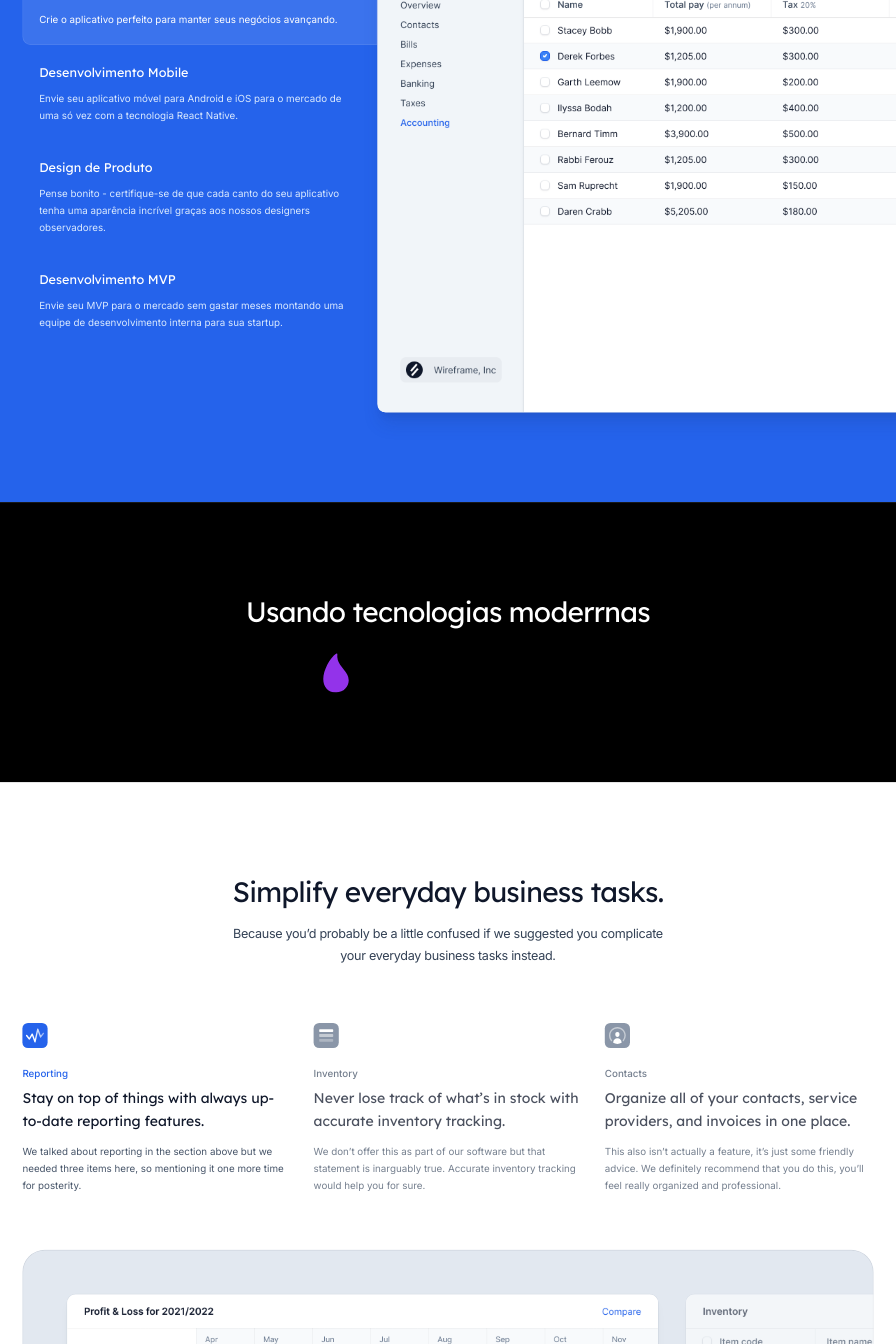
Repository: LuisSempre/imaginative
Page: /
The author's editor kept a copy of each file at every save. The page is drawn from the files as they stood at one save, then again after the next save.
The browser window is 1280 px wide. The pictures show the part of the page from y = 2346 to 4266 px (the page is 10318 px tall), at 70% of full size.
The project was rebuilt for these pictures with package versions that can differ from the ones it lists, and the page was loaded fresh each time. The framework's server and built-in components were replaced by stand-ins that run in the browser. Also part of the build but not shown: next.config.js.

Above is the page before, as saved 2022-07-15 11:57:48.

### src/pages/index.jsx
import Head from 'next/head'

import { CallToAction } from '@/components/CallToAction'
import { Faqs } from '@/components/Faqs'
import { Footer } from '@/components/Footer'
import { Header } from '@/components/Header'
import { Hero } from '@/components/Hero'
import { Contact } from '@/components/Contact'
import { PrimaryFeatures } from '@/components/PrimaryFeatures'
import { SecondaryFeatures } from '@/components/SecondaryFeatures'
import { Testimonials } from '@/components/Testimonials'
import { Tecnology } from '@/components/Tecnology'

export default function Home() {
  return (
    <>
      <Head>
        <title>TaxPal - Accounting made simple for small businesses</title>
        <meta
          name="description"
          content="Most bookkeeping software is accurate, but hard to use. We make the opposite trade-off, and hope you don’t get audited."
        />
      </Head>
      <Header />
      <main>
        <Hero />
        <PrimaryFeatures />
        <Tecnology />
        <SecondaryFeatures />
        <CallToAction />
        <Testimonials />
        <Contact />
        <Faqs />
      </main>
      <Footer />
    </>
  )
}

### src/components/CallToAction.jsx
import Image from 'next/future/image'

import { Button } from '@/components/Button'
import { Container } from '@/components/Container'
import backgroundImage from '@/images/background-call-to-action.jpg'

export function CallToAction() {
  return (
    <section
      id="get-started-today"
      className="relative overflow-hidden bg-blue-600 py-32"
    >
      <Image
        className="absolute top-1/2 left-1/2 max-w-none -translate-x-1/2 -translate-y-1/2"
        src={backgroundImage}
        alt=""
        width={2347}
        height={1244}
        unoptimized
      />
      <Container className="relative">
        <div className="mx-auto max-w-lg text-center">
          <h2 className="font-display text-3xl tracking-tight text-white sm:text-4xl">
            Get started today
          </h2>
          <p className="mt-4 text-lg tracking-tight text-white">
            It’s time to take control of your books. Buy our software so you can
            feel like you’re doing something productive.
          </p>
          <Button href="/register" color="white" className="mt-10">
            Get 6 months free
          </Button>
        </div>
      </Container>
    </section>
  )
}

### src/components/Faqs.jsx
import Image from 'next/future/image'

import { Container } from '@/components/Container'
import backgroundImage from '@/images/background-faqs.jpg'

const faqs = [
  [
    {
      question: 'Does TaxPal handle VAT?',
      answer:
        'Well no, but if you move your company offshore you can probably ignore it.',
    },
    {
      question: 'Can I pay for my subscription via purchase order?',
      answer: 'Absolutely, we are happy to take your money in all forms.',
    },
    {
      question: 'How do I apply for a job at TaxPal?',
      answer:
        'We only hire our customers, so subscribe for a minimum of 6 months and then let’s talk.',
    },
  ],
  [
    {
      question: 'What was that testimonial about tax fraud all about?',
      answer:
        'TaxPal is just a software application, ultimately your books are your responsibility.',
    },
    {
      question:
        'TaxPal sounds horrible but why do I still feel compelled to purchase?',
      answer:
        'This is the power of excellent visual design. You just can’t resist it, no matter how poorly it actually functions.',
    },
    {
      question:
        'I found other companies called TaxPal, are you sure you can use this name?',
      answer:
        'Honestly not sure at all. We haven’t actually incorporated or anything, we just thought it sounded cool and made this website.',
    },
  ],
  [
    {
      question: 'How do you generate reports?',
      answer:
        'You just tell us what data you need a report for, and we get our kids to create beautiful charts for you using only the finest crayons.',
    },
    {
      question: 'Can we expect more inventory features?',
      answer: 'In life it’s really better to never expect anything at all.',
    },
    {
      question: 'I lost my password, how do I get into my account?',
      answer:
        'Send us an email and we will send you a copy of our latest password spreadsheet so you can find your information.',
    },
  ],
]

export function Faqs() {
  return (
    <section
      id="faq"
      aria-labelledby="faq-title"
      className="relative overflow-hidden bg-slate-50 py-20 sm:py-32"
    >
      <Image
        className="absolute top-0 left-1/2 max-w-none translate-x-[-30%] -translate-y-1/4"
        src={backgroundImage}
        alt=""
        width={1558}
        height={946}
        unoptimized
      />
      <Container className="relative">
        <div className="mx-auto max-w-2xl lg:mx-0">
          <h2
            id="faq-title"
            className="font-display text-3xl tracking-tight text-slate-900 sm:text-4xl"
          >
            Frequently asked questions
          </h2>
          <p className="mt-4 text-lg tracking-tight text-slate-700">
            If you can’t find what you’re looking for, email our support team
            and if you’re lucky someone will get back to you.
          </p>
        </div>
        <ul
          role="list"
          className="mx-auto mt-16 grid max-w-2xl grid-cols-1 gap-8 lg:max-w-none lg:grid-cols-3"
        >
          {faqs.map((column, columnIndex) => (
            <li key={columnIndex}>
              <ul role="list" className="flex flex-col gap-y-8">
                {column.map((faq, faqIndex) => (
                  <li key={faqIndex}>
                    <h3 className="font-display text-lg leading-7 text-slate-900">
                      {faq.question}
                    </h3>
                    <p className="mt-4 text-sm text-slate-700">{faq.answer}</p>
                  </li>
                ))}
              </ul>
            </li>
          ))}
        </ul>
      </Container>
    </section>
  )
}

### src/components/Footer.jsx
import Link from 'next/link'

import { Container } from '@/components/Container'
import { Logo } from '@/components/Logo'
import { NavLink } from '@/components/NavLink'

export function Footer() {
  return (
    <footer className="bg-slate-50">
      <Container>
        <div className="py-16">
          <Logo className="mx-auto h-10 w-auto" />
          <nav className="mt-10 text-sm" aria-label="quick links">
            <div className="-my-1 flex justify-center gap-x-6">
              <NavLink href="#features">Features</NavLink>
              <NavLink href="#testimonials">Testimonials</NavLink>
              <NavLink href="#pricing">Pricing</NavLink>
            </div>
          </nav>
        </div>
        <div className="flex flex-col items-center border-t border-slate-400/10 py-10 sm:flex-row-reverse sm:justify-between">
          <div className="flex gap-x-6">
            <Link
              href="https://twitter.com"
              className="group"
              aria-label="TaxPal on Twitter"
            >
              <svg
                aria-hidden="true"
                className="h-6 w-6 fill-slate-500 group-hover:fill-slate-700"
              >
                <path d="M8.29 20.251c7.547 0 11.675-6.253 11.675-11.675 0-.178 0-.355-.012-.53A8.348 8.348 0 0 0 22 5.92a8.19 8.19 0 0 1-2.357.646 4.118 4.118 0 0 0 1.804-2.27 8.224 8.224 0 0 1-2.605.996 4.107 4.107 0 0 0-6.993 3.743 11.65 11.65 0 0 1-8.457-4.287 4.106 4.106 0 0 0 1.27 5.477A4.073 4.073 0 0 1 2.8 9.713v.052a4.105 4.105 0 0 0 3.292 4.022 4.093 4.093 0 0 1-1.853.07 4.108 4.108 0 0 0 3.834 2.85A8.233 8.233 0 0 1 2 18.407a11.615 11.615 0 0 0 6.29 1.84" />
              </svg>
            </Link>
            <Link
              href="https://github.com"
              className="group"
              aria-label="TaxPal on GitHub"
            >
              <svg
                aria-hidden="true"
                className="h-6 w-6 fill-slate-500 group-hover:fill-slate-700"
              >
                <path d="M12 2C6.477 2 2 6.484 2 12.017c0 4.425 2.865 8.18 6.839 9.504.5.092.682-.217.682-.483 0-.237-.008-.868-.013-1.703-2.782.605-3.369-1.343-3.369-1.343-.454-1.158-1.11-1.466-1.11-1.466-.908-.62.069-.608.069-.608 1.003.07 1.531 1.032 1.531 1.032.892 1.53 2.341 1.088 2.91.832.092-.647.35-1.088.636-1.338-2.22-.253-4.555-1.113-4.555-4.951 0-1.093.39-1.988 1.029-2.688-.103-.253-.446-1.272.098-2.65 0 0 .84-.27 2.75 1.026A9.564 9.564 0 0 1 12 6.844a9.59 9.59 0 0 1 2.504.337c1.909-1.296 2.747-1.027 2.747-1.027.546 1.379.202 2.398.1 2.651.64.7 1.028 1.595 1.028 2.688 0 3.848-2.339 4.695-4.566 4.943.359.309.678.92.678 1.855 0 1.338-.012 2.419-.012 2.747 0 .268.18.58.688.482A10.02 10.02 0 0 0 22 12.017C22 6.484 17.522 2 12 2Z" />
              </svg>
            </Link>
          </div>
          <p className="mt-6 text-sm text-slate-500 sm:mt-0">
            Copyright &copy; {new Date().getFullYear()} TaxPal. All rights
            reserved.
          </p>
        </div>
      </Container>
    </footer>
  )
}

### src/components/Header.jsx
import { Fragment } from 'react'
import Link from 'next/link'
import { Popover, Transition } from '@headlessui/react'
import clsx from 'clsx'
import { Container } from '@/components/Container'
import { Logo } from '@/components/Logo'
import { NavLink } from '@/components/NavLink'

function MobileNavLink({ href, children }) {
  return (
    <Popover.Button as={Link} href={href} className="block w-full p-2">
      {children}
    </Popover.Button>
  )
}

function MobileNavIcon({ open }) {
  return (
    <svg
      aria-hidden="true"
      className="h-3.5 w-3.5 overflow-visible stroke-slate-700"
      fill="none"
      strokeWidth={2}
      strokeLinecap="round"
    >
      <path
        d="M0 1H14M0 7H14M0 13H14"
        className={clsx(
          'origin-center transition',
          open && 'scale-90 opacity-0'
        )}
      />
      <path
        d="M2 2L12 12M12 2L2 12"
        className={clsx(
          'origin-center transition',
          !open && 'scale-90 opacity-0'
        )}
      />
    </svg>
  )
}

function MobileNavigation() {
  return (
    <Popover>
      <Popover.Button
        className="relative z-10 flex h-8 w-8 items-center justify-center [&:not(:focus-visible)]:focus:outline-none"
        aria-label="Toggle Navigation"
      >
        {({ open }) => <MobileNavIcon open={open} />}
      </Popover.Button>
      <Transition.Root>
        <Transition.Child
          as={Fragment}
          enter="duration-150 ease-out"
          enterFrom="opacity-0"
          enterTo="opacity-100"
          leave="duration-150 ease-in"
          leaveFrom="opacity-100"
          leaveTo="opacity-0"
        >
          <Popover.Overlay className="fixed inset-0 bg-slate-300/50" />
        </Transition.Child>
        <Transition.Child
          as={Fragment}
          enter="duration-150 ease-out"
          enterFrom="opacity-0 scale-95"
          enterTo="opacity-100 scale-100"
          leave="duration-100 ease-in"
          leaveFrom="opacity-100 scale-100"
          leaveTo="opacity-0 scale-95"
        >
          <Popover.Panel
            as="div"
            className="absolute inset-x-0 flex flex-col p-4 mt-4 text-lg tracking-tight origin-top bg-white shadow-xl top-full rounded-2xl text-slate-900 ring-1 ring-slate-900/5"
          >
            <MobileNavLink href="#services">Serviços</MobileNavLink>
            <MobileNavLink href="#portifolio">Portfólio</MobileNavLink>
            <MobileNavLink href="#sobre">Sobre</MobileNavLink>
          </Popover.Panel>
        </Transition.Child>
      </Transition.Root>
    </Popover>
  )
}

export function Header() {
  return (
    <header className="py-10">
      <Container>
        <nav className="relative z-50 flex justify-between">
          <div className="flex items-center md:gap-x-12">
            <Link href="#" aria-label="Home">
              <Logo className="w-auto h-10" />
            </Link>
          </div>
          <div className="flex items-center gap-x-5 md:gap-x-8">
            <div className="hidden md:flex">
              <NavLink href="#services">Serviços</NavLink>
              <NavLink href="#portifolio">Portfólio</NavLink>
              <NavLink href="#sobre">Sobre</NavLink>
            </div>
            <div className="-mr-1 md:hidden">
              <MobileNavigation />
            </div>
          </div>
        </nav>
      </Container>
    </header>
  )
}

### src/components/Hero.jsx
import Image from 'next/future/image'

import { Button } from '@/components/Button'
import { Container } from '@/components/Container'
import logoLaravel from '@/images/logos/laravel.svg'
import logoMirage from '@/images/logos/mirage.svg'
import logoStatamic from '@/images/logos/statamic.svg'
import logoStaticKit from '@/images/logos/statickit.svg'
import logoTransistor from '@/images/logos/transistor.svg'
import logoTuple from '@/images/logos/tuple.svg'

export function Hero() {
  return (
    <Container className="pt-20 pb-16 text-center lg:pt-32">
      <h1 className="max-w-4xl mx-auto text-5xl font-medium tracking-tight font-display text-slate-900 sm:text-7xl">
        Construindo{' '}
        <span className="relative text-blue-500 whitespace-nowrap">
          <svg
            aria-hidden="true"
            viewBox="0 0 418 42"
            className="absolute top-2/3 left-0 h-[0.58em] w-full fill-blue-300/70"
            preserveAspectRatio="none"
          >
            <path d="M203.371.916c-26.013-2.078-76.686 1.963-124.73 9.946L67.3 12.749C35.421 18.062 18.2 21.766 6.004 25.934 1.244 27.561.828 27.778.874 28.61c.07 1.214.828 1.121 9.595-1.176 9.072-2.377 17.15-3.92 39.246-7.496C123.565 7.986 157.869 4.492 195.942 5.046c7.461.108 19.25 1.696 19.17 2.582-.107 1.183-7.874 4.31-25.75 10.366-21.992 7.45-35.43 12.534-36.701 13.884-2.173 2.308-.202 4.407 4.442 4.734 2.654.187 3.263.157 15.593-.78 35.401-2.686 57.944-3.488 88.365-3.143 46.327.526 75.721 2.23 130.788 7.584 19.787 1.924 20.814 1.98 24.557 1.332l.066-.011c1.201-.203 1.53-1.825.399-2.335-2.911-1.31-4.893-1.604-22.048-3.261-57.509-5.556-87.871-7.36-132.059-7.842-23.239-.254-33.617-.116-50.627.674-11.629.54-42.371 2.494-46.696 2.967-2.359.259 8.133-3.625 26.504-9.81 23.239-7.825 27.934-10.149 28.304-14.005.417-4.348-3.529-6-16.878-7.066Z" />
          </svg>
          <span className="relative">software inovador</span>
        </span>{' '}
        para você crescer.
      </h1>
      <p className="max-w-2xl mx-auto mt-6 text-xl tracking-tight text-slate-700">
        Desenvolvimento de aplicativos web e mobile
      </p>
      <div className="flex justify-center mt-10 gap-x-6">
        <Button className="px-12 py-4 text-xl" href="#contato">
          Entre em contato
        </Button>
      </div>
      <div className="mt-36 lg:mt-44">
        <p className="text-base font-display text-slate-900">
         Confiado por empresas inovadoras
        </p>
        <ul
          role="list"
          className="flex items-center justify-center mt-8 gap-x-8 sm:flex-col sm:gap-x-0 sm:gap-y-10 xl:flex-row xl:gap-x-12 xl:gap-y-0"
        >
          {[
            [
              { name: 'Transistor', logo: logoTransistor },
              { name: 'Tuple', logo: logoTuple },
              { name: 'StaticKit', logo: logoStaticKit },
            ],
            [
              { name: 'Mirage', logo: logoMirage },
              { name: 'Laravel', logo: logoLaravel },
              { name: 'Statamic', logo: logoStatamic },
            ],
          ].map((group, groupIndex) => (
            <li key={groupIndex}>
              <ul
                role="list"
                className="flex flex-col items-center gap-y-8 sm:flex-row sm:gap-x-12 sm:gap-y-0"
              >
                {group.map((company) => (
                  <li key={company.name} className="flex">
                    <Image src={company.logo} alt={company.name} unoptimized />
                  </li>
                ))}
              </ul>
            </li>
          ))}
        </ul>
      </div>
    </Container>
  )
}

### src/components/Tecnology.jsx
import { Container } from '@/components/Container'
import { FaReact, FaVuejs, FaNodeJs } from 'react-icons/fa'
import { SiElixir, SiTypescript } from 'react-icons/si'

export function Tecnology() {
  return (
    <section
      id="get-started-today"
      className="relative py-32 overflow-hidden bg-black"
    >
      <Container className="relative">
        <div className="w-full mx-auto text-center">
          <h2 className="text-3xl tracking-tight text-white font-display sm:text-4xl">
            Usando tecnologias moderrnas
          </h2>
          <div className="flex justify-center mt-8 space-x-6">
            <SiElixir className="fill-purple-600 h-14 w-14" />
            <FaNodeJs className="h-14 w-14" />
            <FaReact className="h-14 w-14" />
            <FaVuejs className="h-14 w-14" />
            <SiTypescript className="h-14 w-14" />
          </div>
        </div>
      </Container>
    </section>
  )
}

### src/components/Button.jsx
import Link from 'next/link'
import clsx from 'clsx'

const baseStyles = {
  solid:
    'group inline-flex items-center justify-center rounded-full py-2 px-4 text-sm font-semibold focus:outline-none focus-visible:outline-2 focus-visible:outline-offset-2',
  outline:
    'group inline-flex ring-1 items-center justify-center rounded-full py-2 px-4 text-sm focus:outline-none',
}

const variantStyles = {
  solid: {
    slate:
      'bg-slate-900 text-white hover:bg-slate-700 hover:text-slate-100 active:bg-slate-800 active:text-slate-300 focus-visible:outline-slate-900',
    blue: 'bg-blue-600 text-white hover:text-slate-100 hover:bg-blue-500 active:bg-blue-800 active:text-blue-100 focus-visible:outline-blue-600',
    white:
      'bg-white text-slate-900 hover:bg-blue-50 active:bg-blue-200 active:text-slate-600 focus-visible:outline-white',
  },
  outline: {
    slate:
      'ring-slate-200 text-slate-700 hover:text-slate-900 hover:ring-slate-300 active:bg-slate-100 active:text-slate-600 focus-visible:outline-blue-600 focus-visible:ring-slate-300',
    white:
      'ring-slate-700 text-white hover:ring-slate-500 active:ring-slate-700 active:text-slate-400 focus-visible:outline-white',
  },
}

export function Button({
  variant = 'solid',
  color = 'slate',
  className,
  href,
  ...props
}) {
  className = clsx(
    baseStyles[variant],
    variantStyles[variant][color],
    className
  )

  return href ? (
    <Link href={href} className={className} {...props} />
  ) : (
    <button className={className} {...props} />
  )
}

### src/components/Logo.jsx
import Image from 'next/image'
import logo from '../images/logos/logo.png'
export function Logo(props) {
  return <Image src={logo}  width={200}  height={32} alt="Picture of the author" />
}

Loaded but not shown: src/pages/_app.jsx (common file); src/pages/_document.jsx (common file); src/styles/tailwind.css (common file); src/components/Container.jsx (common file); src/components/NavLink.jsx (common file); tailwind.config.js (common file); src/components/Contact.jsx (187 lines, source omitted); src/components/SecondaryFeatures.jsx (231 lines, source omitted); src/components/Testimonials.jsx (144 lines, source omitted); src/components/PrimaryFeatures.jsx (157 lines, source omitted)

After the next save:
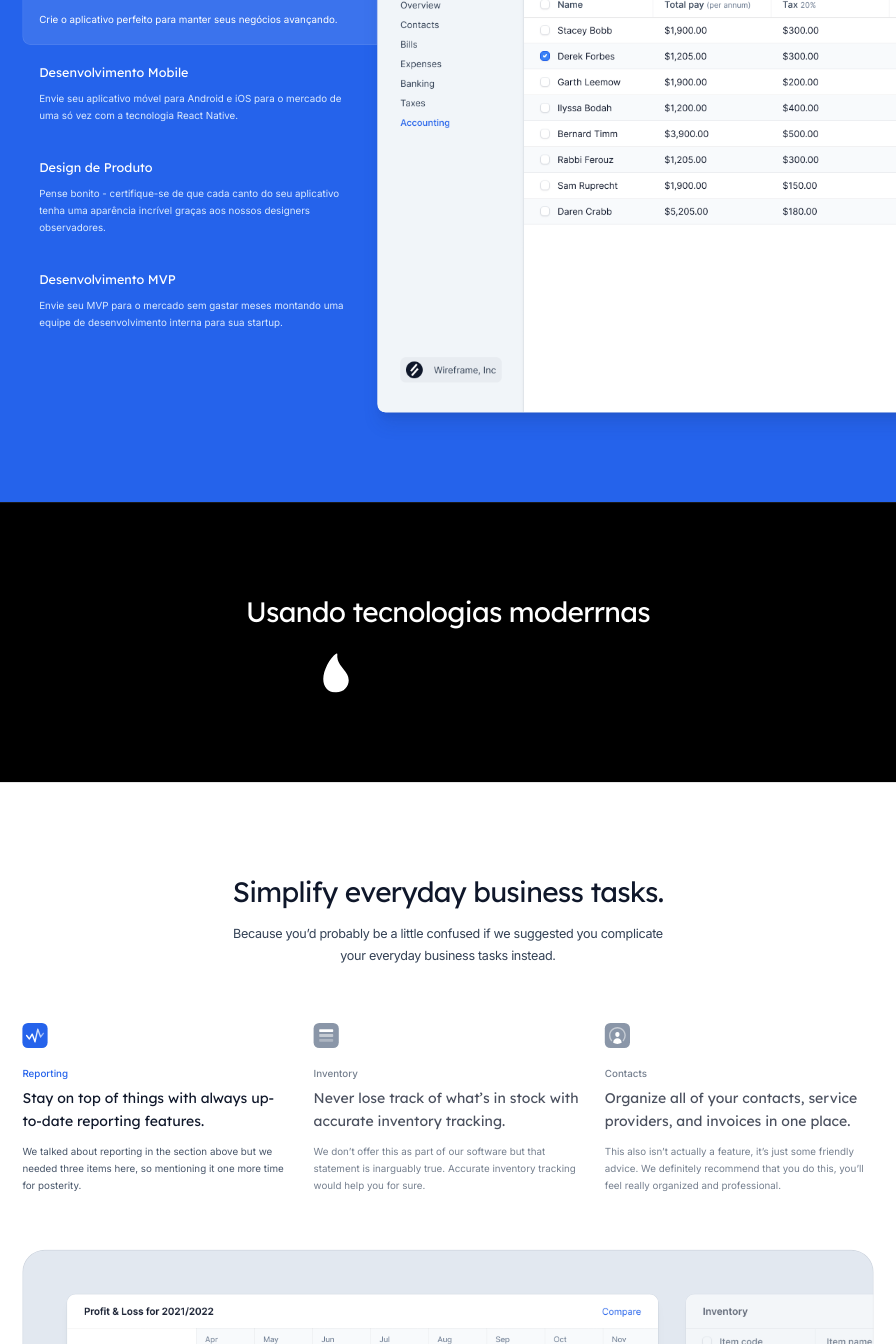
Saved 16 s later.
--- a/src/components/Tecnology.jsx
+++ b/src/components/Tecnology.jsx
@@ -14,7 +14,7 @@
             Usando tecnologias moderrnas
           </h2>
           <div className="flex justify-center mt-8 space-x-6">
-            <SiElixir className="fill-purple-600 h-14 w-14" />
+            <SiElixir className="fill-white h-14 w-14" />
             <FaNodeJs className="h-14 w-14" />
             <FaReact className="h-14 w-14" />
             <FaVuejs className="h-14 w-14" />
